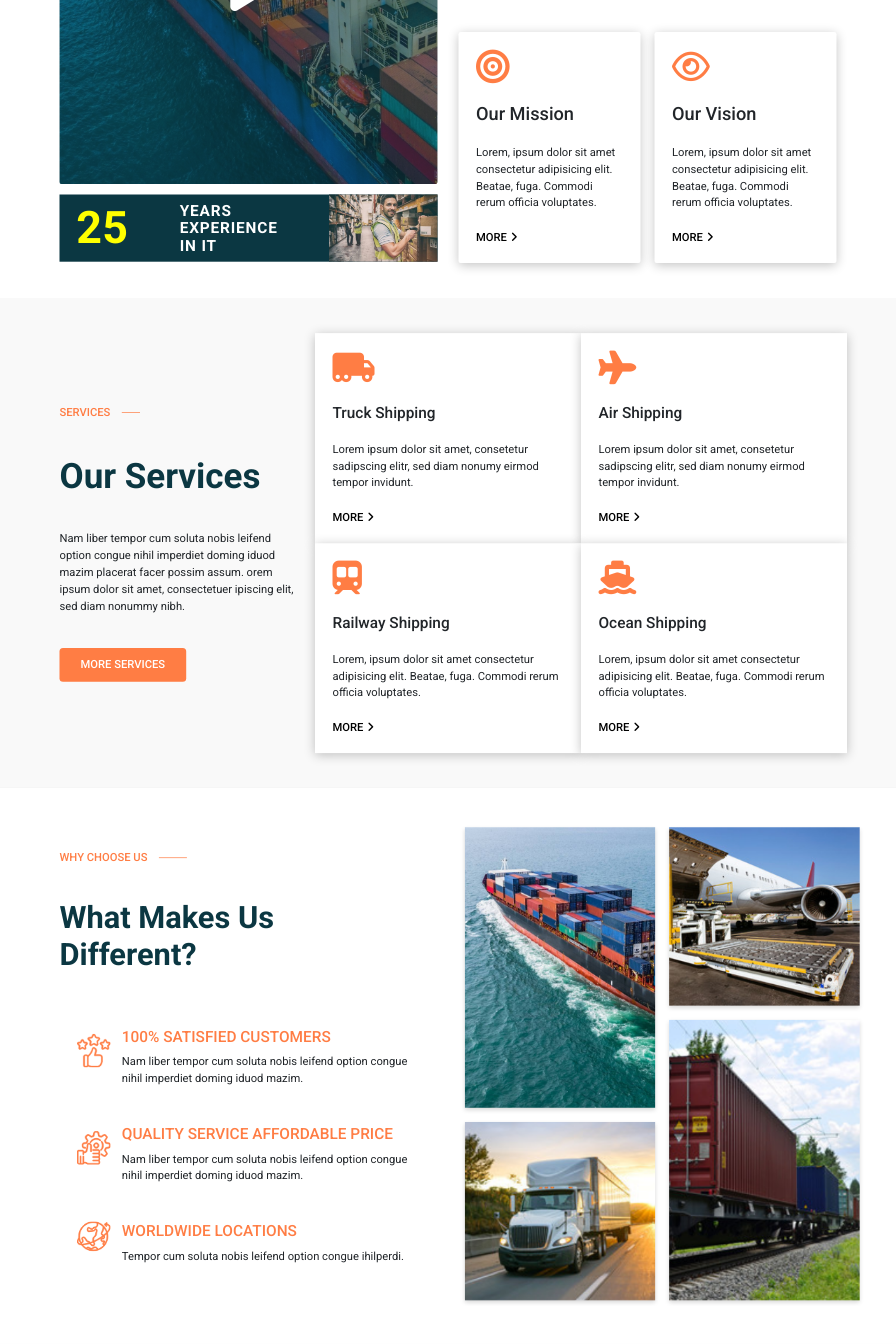
Repository: nazmulalok/shipping-theme
Page: index.html
The author's editor kept a copy of each file at every save. The page is drawn from the files as they stood at one save, then again after the next save.
The browser window is 1280 px wide. The pictures show the part of the page from y = 1327 to 3247 px (the page is 3247 px tall), at 70% of full size.
Some web libraries are served in a nearby version.

Above is the page before, as saved 2022-10-08 23:31:04.

After the next save:
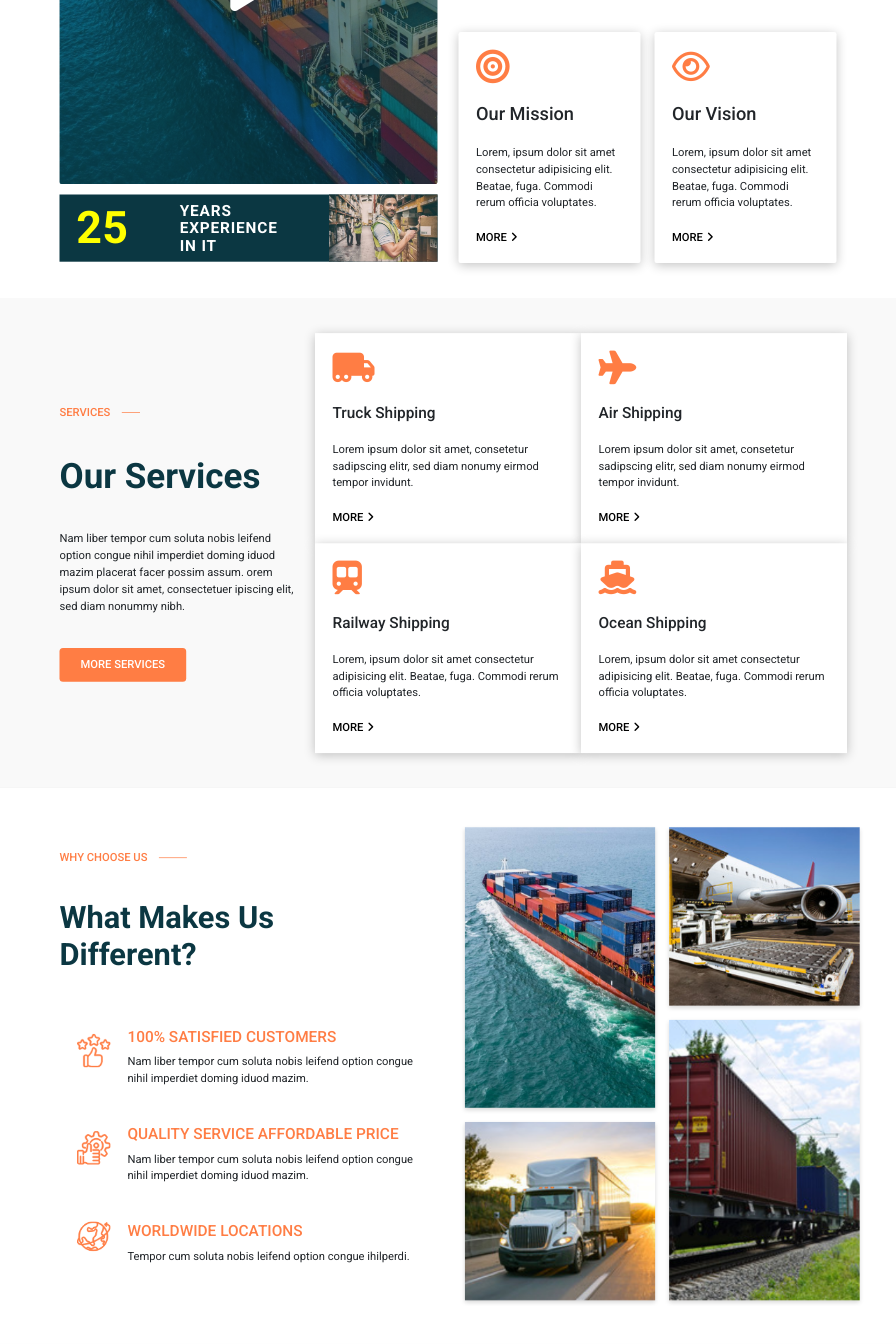
Saved 40 s later.
--- a/index.html
+++ b/index.html
@@ -226,7 +226,7 @@
                         <div class="why-choose-box">
                             <div class="common-box">
                                 <div class="content d-flex align-items-center">
-                                    <div class="img-box mr-3">
+                                    <div class="img-box mr-4">
                                         <img src="images/satisfied-customers.png" alt="Satisfied Customers">
                                     </div>
                                     <div>
@@ -240,7 +240,7 @@
                             </div>
                             <div class="common-box">
                                 <div class="content d-flex align-items-center">
-                                    <div class="img-box mr-3">
+                                    <div class="img-box mr-4">
                                         <img src="images/quality-services.png" alt="Quality Services">
                                     </div>
                                     <div>
@@ -254,7 +254,7 @@
                             </div>
                             <div class="common-box">
                                 <div class="content d-flex align-items-center">
-                                    <div class="img-box mr-3">
+                                    <div class="img-box mr-4">
                                         <img src="images/worldwide-locations.png" alt="Worldwide Locations">
                                     </div>
                                     <div>
